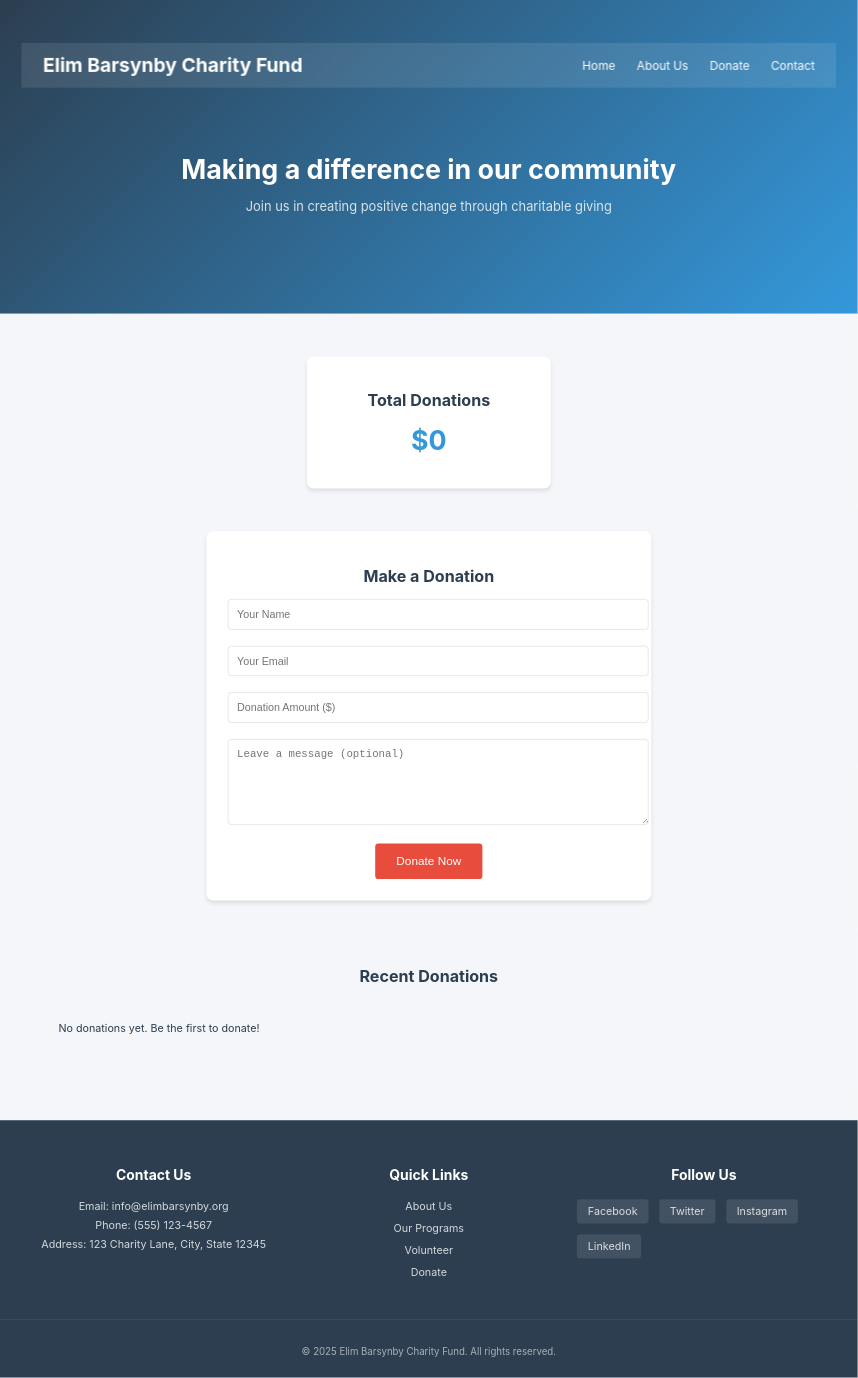
Repository: krmvz/elimbarsynby-
Page: / (app in elim-barsynby-charity/)
An editor plug-in stored every save of this project. The page is shown before and after the next save, followed by the edit.
The browser window is 1280 px wide. The pictures show the whole page, at 67% of full size.
The page's requests for data from a server got no answer. The project was rebuilt for these pictures with package versions that can differ from the ones it lists, and the page was loaded fresh each time. No one was signed in, and anything a server would have sent is missing.

Above is the page before, as saved 2025-06-17 17:48:16.

### elim-barsynby-charity/public/index.html
<!DOCTYPE html>
<html lang="en">
  <head>
    <meta charset="utf-8" />
    <link rel="icon" href="%PUBLIC_URL%/favicon.ico" />
    <meta name="viewport" content="width=device-width, initial-scale=1" />
    <meta name="theme-color" content="#2c3e50" />
    <meta
      name="description"
      content="Elim Barsynby Charity Fund - Making a difference in our community through your generous donations"
    />
    <link rel="apple-touch-icon" href="%PUBLIC_URL%/logo192.png" />
    <link rel="manifest" href="%PUBLIC_URL%/manifest.json" />
    <title>Elim Barsynby Charity Fund</title>
  </head>
  <body>
    <noscript>You need to enable JavaScript to run this app.</noscript>
    <div id="root"></div>
  </body>
</html>

### elim-barsynby-charity/src/App.tsx
import React, { useState, useEffect } from 'react';
import Header from './components/Header';
import Footer from './components/Footer';
import './App.css';
import './components/styles.css';

interface Donation {
  _id: string;
  donor: string;
  amount: number;
  message?: string;
  date: string;
}

function App() {
  const [donations, setDonations] = useState<Donation[]>([]);
  const [totalDonations, setTotalDonations] = useState<number>(0);
  const [formData, setFormData] = useState({
    donor: '',
    amount: '',
    message: '',
    email: ''
  });

  useEffect(() => {
    fetchDonations();
    fetchTotalDonations();
  }, []);

  const fetchDonations = async () => {
    try {
      const response = await fetch('http://localhost:5000/api/donations');
      if (!response.ok) {
        throw new Error('Failed to fetch donations');
      }
      const data = await response.json();
      setDonations(Array.isArray(data) ? data : []);
    } catch (error) {
      console.error('Error fetching donations:', error);
      setDonations([]);
    }
  };

  const fetchTotalDonations = async () => {
    try {
      const response = await fetch('http://localhost:5000/api/donations/total');
      if (!response.ok) {
        throw new Error('Failed to fetch total donations');
      }
      const data = await response.json();
      setTotalDonations(data.total || 0);
    } catch (error) {
      console.error('Error fetching total donations:', error);
      setTotalDonations(0);
    }
  };

  const handleSubmit = async (e: React.FormEvent) => {
    e.preventDefault();
    try {
      const response = await fetch('http://localhost:5000/api/donations', {
        method: 'POST',
        headers: {
          'Content-Type': 'application/json',
        },
        body: JSON.stringify(formData),
      });
      if (!response.ok) {
        throw new Error('Failed to submit donation');
      }
      setFormData({ donor: '', amount: '', message: '', email: '' });
      fetchDonations();
      fetchTotalDonations();
    } catch (error) {
      console.error('Error submitting donation:', error);
    }
  };

  const handleChange = (e: React.ChangeEvent<HTMLInputElement | HTMLTextAreaElement>) => {
    setFormData({
      ...formData,
      [e.target.name]: e.target.value
    });
  };

  return (
    <div className="App">
      <Header />

      <main className="main-content">
        <section className="donation-stats">
          <div className="stat-card">
            <h2>Total Donations</h2>
            <p className="amount">${totalDonations.toLocaleString()}</p>
          </div>
        </section>

        <section className="donation-form" id="donate">
          <h2>Make a Donation</h2>
          <form onSubmit={handleSubmit}>
            <div className="form-group">
              <input
                type="text"
                name="donor"
                value={formData.donor}
                onChange={handleChange}
                placeholder="Your Name"
                required
              />
            </div>
            <div className="form-group">
              <input
                type="email"
                name="email"
                value={formData.email}
                onChange={handleChange}
                placeholder="Your Email"
                required
              />
            </div>
            <div className="form-group">
              <input
                type="number"
                name="amount"
                value={formData.amount}
                onChange={handleChange}
                placeholder="Donation Amount ($)"
                required
              />
            </div>
            <div className="form-group">
              <textarea
                name="message"
                value={formData.message}
                onChange={handleChange}
                placeholder="Leave a message (optional)"
              />
            </div>
            <button type="submit" className="donate-button">Donate Now</button>
          </form>
        </section>

        <section className="recent-donations">
          <h2>Recent Donations</h2>
          <div className="donations-list">
            {donations && donations.length > 0 ? (
              donations.map((donation) => (
                <div key={donation._id} className="donation-card">
                  <h3>{donation.donor}</h3>
                  <p className="amount">${donation.amount}</p>
                  {donation.message && <p className="message">"{donation.message}"</p>}
                  <p className="date">{new Date(donation.date).toLocaleDateString()}</p>
                </div>
              ))
            ) : (
              <p>No donations yet. Be the first to donate!</p>
            )}
          </div>
        </section>
      </main>

      <Footer />
    </div>
  );
}

export default App;

### elim-barsynby-charity/src/components/Header.tsx
import React from 'react';

const Header: React.FC = () => {
  return (
    <header className="hero">
      <nav className="nav-container">
        <div className="logo">
          <h1>Elim Barsynby Charity Fund</h1>
        </div>
        <ul className="nav-links">
          <li><a href="#home">Home</a></li>
          <li><a href="#about">About Us</a></li>
          <li><a href="#donate">Donate</a></li>
          <li><a href="#contact">Contact</a></li>
        </ul>
      </nav>
      <div className="hero-content">
        <h2>Making a difference in our community</h2>
        <p>Join us in creating positive change through charitable giving</p>
      </div>
    </header>
  );
};

export default Header;

### elim-barsynby-charity/src/components/Footer.tsx
import React from 'react';

const Footer: React.FC = () => {
  return (
    <footer className="footer">
      <div className="footer-content">
        <div className="footer-section">
          <h3>Contact Us</h3>
          <p>Email: info@elimbarsynby.org</p>
          <p>Phone: (555) 123-4567</p>
          <p>Address: 123 Charity Lane, City, State 12345</p>
        </div>

        <div className="footer-section">
          <h3>Quick Links</h3>
          <ul>
            <li><a href="#about">About Us</a></li>
            <li><a href="#programs">Our Programs</a></li>
            <li><a href="#volunteer">Volunteer</a></li>
            <li><a href="#donate">Donate</a></li>
          </ul>
        </div>

        <div className="footer-section">
          <h3>Follow Us</h3>
          <div className="social-links">
            <a href="https://facebook.com" target="_blank" rel="noopener noreferrer">Facebook</a>
            <a href="https://twitter.com" target="_blank" rel="noopener noreferrer">Twitter</a>
            <a href="https://instagram.com" target="_blank" rel="noopener noreferrer">Instagram</a>
            <a href="https://linkedin.com" target="_blank" rel="noopener noreferrer">LinkedIn</a>
          </div>
        </div>
      </div>

      <div className="footer-bottom">
        <p>&copy; {new Date().getFullYear()} Elim Barsynby Charity Fund. All rights reserved.</p>
      </div>
    </footer>
  );
};

export default Footer;

### elim-barsynby-charity/src/App.css
:root {
  --primary-color: #2c3e50;
  --secondary-color: #3498db;
  --accent-color: #e74c3c;
  --background-color: #f5f6fa;
  --text-color: #2c3e50;
  --card-background: #ffffff;
}

.App {
  text-align: center;
  background-color: var(--background-color);
  min-height: 100vh;
  color: var(--text-color);
}

.hero {
  background: linear-gradient(135deg, var(--primary-color), var(--secondary-color));
  color: white;
  padding: 4rem 2rem;
  margin-bottom: 2rem;
}

.hero h1 {
  font-size: 3rem;
  margin-bottom: 1rem;
}

.hero p {
  font-size: 1.2rem;
  opacity: 0.9;
}

.donation-stats {
  padding: 2rem;
  margin-bottom: 2rem;
}

.stat-card {
  background: var(--card-background);
  border-radius: 10px;
  padding: 2rem;
  box-shadow: 0 4px 6px rgba(0, 0, 0, 0.1);
  display: inline-block;
  min-width: 300px;
}

.stat-card .amount {
  font-size: 2.5rem;
  color: var(--secondary-color);
  font-weight: bold;
  margin: 1rem 0;
}

.donation-form {
  max-width: 600px;
  margin: 0 auto 3rem;
  padding: 2rem;
  background: var(--card-background);
  border-radius: 10px;
  box-shadow: 0 4px 6px rgba(0, 0, 0, 0.1);
}

.form-group {
  margin-bottom: 1.5rem;
}

input, textarea {
  width: 100%;
  padding: 0.8rem;
  border: 1px solid #ddd;
  border-radius: 5px;
  font-size: 1rem;
  transition: border-color 0.3s ease;
}

input:focus, textarea:focus {
  outline: none;
  border-color: var(--secondary-color);
}

textarea {
  min-height: 100px;
  resize: vertical;
}

.donate-button {
  background-color: var(--accent-color);
  color: white;
  border: none;
  padding: 1rem 2rem;
  font-size: 1.1rem;
  border-radius: 5px;
  cursor: pointer;
  transition: background-color 0.3s ease;
}

.donate-button:hover {
  background-color: #c0392b;
}

.recent-donations {
  padding: 2rem;
  background: var(--background-color);
}

.donations-list {
  display: grid;
  grid-template-columns: repeat(auto-fill, minmax(280px, 1fr));
  gap: 1.5rem;
  padding: 1rem;
  max-width: 1200px;
  margin: 0 auto;
}

.donation-card {
  background: var(--card-background);
  border-radius: 10px;
  padding: 1.5rem;
  box-shadow: 0 2px 4px rgba(0, 0, 0, 0.1);
  transition: transform 0.3s ease;
}

.donation-card:hover {
  transform: translateY(-5px);
}

.donation-card h3 {
  color: var(--primary-color);
  margin-bottom: 0.5rem;
}

.donation-card .amount {
  font-size: 1.5rem;
  color: var(--secondary-color);
  font-weight: bold;
  margin: 0.5rem 0;
}

.donation-card .message {
  font-style: italic;
  color: #666;
  margin: 0.5rem 0;
}

.donation-card .date {
  font-size: 0.9rem;
  color: #888;
  margin-top: 0.5rem;
}

@media (max-width: 768px) {
  .hero h1 {
    font-size: 2rem;
  }

  .hero p {
    font-size: 1rem;
  }

  .donation-form {
    margin: 1rem;
  }

  .donations-list {
    grid-template-columns: 1fr;
  }
}

### elim-barsynby-charity/src/components/styles.css
.nav-container {
  display: flex;
  justify-content: space-between;
  align-items: center;
  padding: 1rem 2rem;
  background: rgba(255, 255, 255, 0.1);
  backdrop-filter: blur(5px);
}

.logo h1 {
  margin: 0;
  font-size: 1.8rem;
  color: white;
}

.nav-links {
  display: flex;
  list-style: none;
  margin: 0;
  padding: 0;
  gap: 2rem;
}

.nav-links a {
  color: white;
  text-decoration: none;
  font-size: 1.1rem;
  transition: color 0.3s ease;
}

.nav-links a:hover {
  color: var(--accent-color);
}

.hero-content {
  padding: 4rem 2rem;
  text-align: center;
}

.hero-content h2 {
  font-size: 2.5rem;
  margin-bottom: 1rem;
  color: white;
}

.hero-content p {
  font-size: 1.2rem;
  color: rgba(255, 255, 255, 0.9);
}

/* Footer Styles */
.footer {
  background-color: var(--primary-color);
  color: white;
  padding: 3rem 0 1rem;
  margin-top: 4rem;
}

.footer-content {
  display: grid;
  grid-template-columns: repeat(auto-fit, minmax(250px, 1fr));
  gap: 2rem;
  max-width: 1200px;
  margin: 0 auto;
  padding: 0 2rem;
}

.footer-section h3 {
  color: white;
  margin-bottom: 1.5rem;
  font-size: 1.3rem;
}

.footer-section p {
  margin: 0.5rem 0;
  color: rgba(255, 255, 255, 0.8);
}

.footer-section ul {
  list-style: none;
  padding: 0;
  margin: 0;
}

.footer-section ul li {
  margin-bottom: 0.8rem;
}

.footer-section a {
  color: rgba(255, 255, 255, 0.8);
  text-decoration: none;
  transition: color 0.3s ease;
}

.footer-section a:hover {
  color: var(--accent-color);
}

.social-links {
  display: flex;
  gap: 1rem;
  flex-wrap: wrap;
}

.social-links a {
  background: rgba(255, 255, 255, 0.1);
  padding: 0.5rem 1rem;
  border-radius: 5px;
  transition: background-color 0.3s ease;
}

.social-links a:hover {
  background: var(--accent-color);
  color: white;
}

.footer-bottom {
  text-align: center;
  margin-top: 3rem;
  padding-top: 1.5rem;
  border-top: 1px solid rgba(255, 255, 255, 0.1);
}

.footer-bottom p {
  color: rgba(255, 255, 255, 0.6);
  font-size: 0.9rem;
}

@media (max-width: 768px) {
  .nav-container {
    flex-direction: column;
    text-align: center;
    padding: 1rem;
  }

  .nav-links {
    margin-top: 1rem;
    flex-wrap: wrap;
    justify-content: center;
    gap: 1rem;
  }

  .hero-content h2 {
    font-size: 2rem;
  }

  .footer-content {
    grid-template-columns: 1fr;
    text-align: center;
  }

  .social-links {
    justify-content: center;
  }
}

Loaded but not shown: elim-barsynby-charity/src/index.tsx (common file); elim-barsynby-charity/src/index.css (common file); elim-barsynby-charity/src/reportWebVitals.ts (common file)

After the next save:
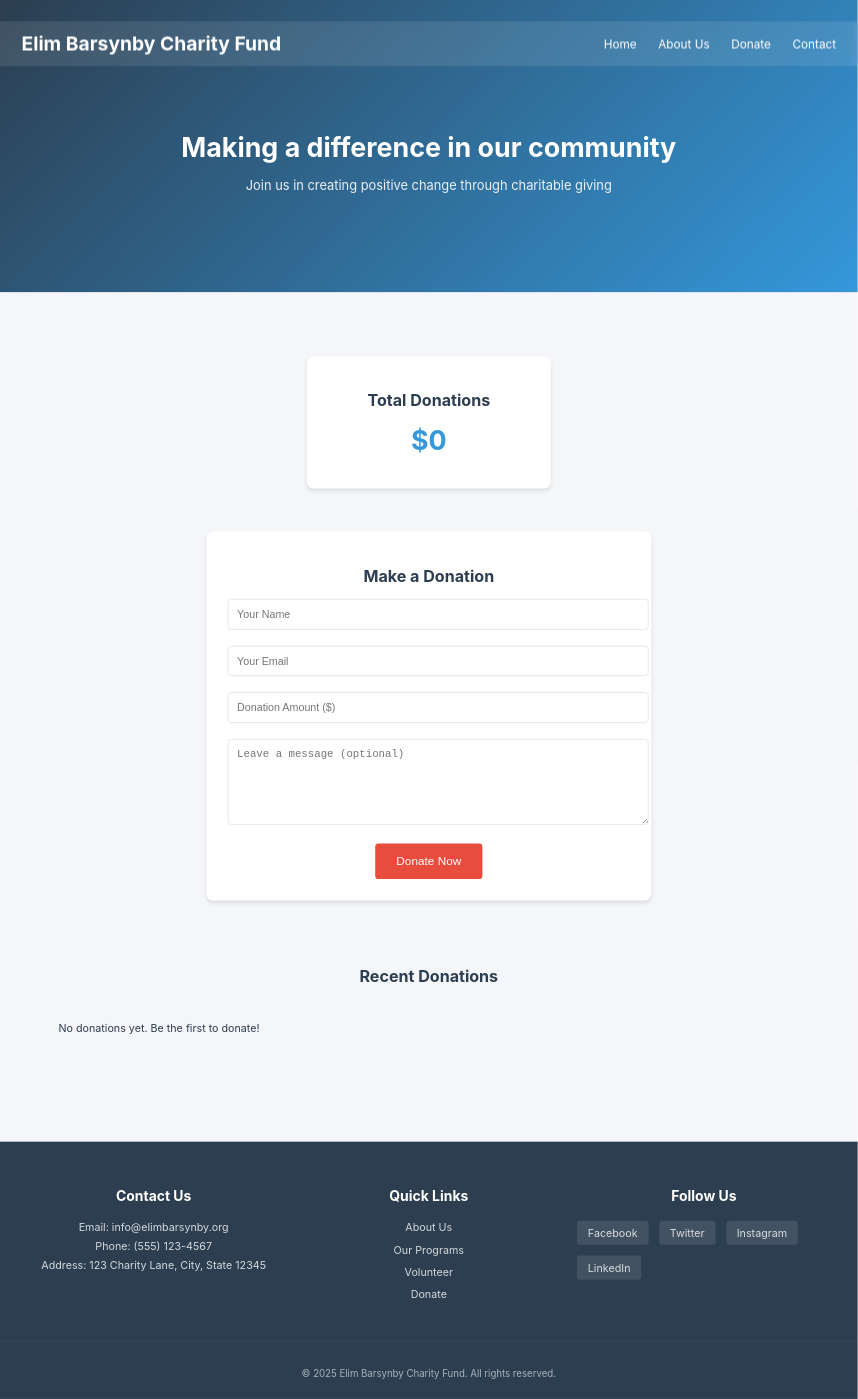
Saved 86 s later.
--- a/elim-barsynby-charity/src/App.css
+++ b/elim-barsynby-charity/src/App.css
@@ -12,23 +12,20 @@
   background-color: var(--background-color);
   min-height: 100vh;
   color: var(--text-color);
+  display: flex;
+  flex-direction: column;
+}
+
+.main-content {
+  flex: 1;
+  padding: 2rem 0;
 }
 
 .hero {
   background: linear-gradient(135deg, var(--primary-color), var(--secondary-color));
   color: white;
-  padding: 4rem 2rem;
+  padding: 2rem 0 4rem;
   margin-bottom: 2rem;
-}
-
-.hero h1 {
-  font-size: 3rem;
-  margin-bottom: 1rem;
-}
-
-.hero p {
-  font-size: 1.2rem;
-  opacity: 0.9;
 }
 
 .donation-stats {
